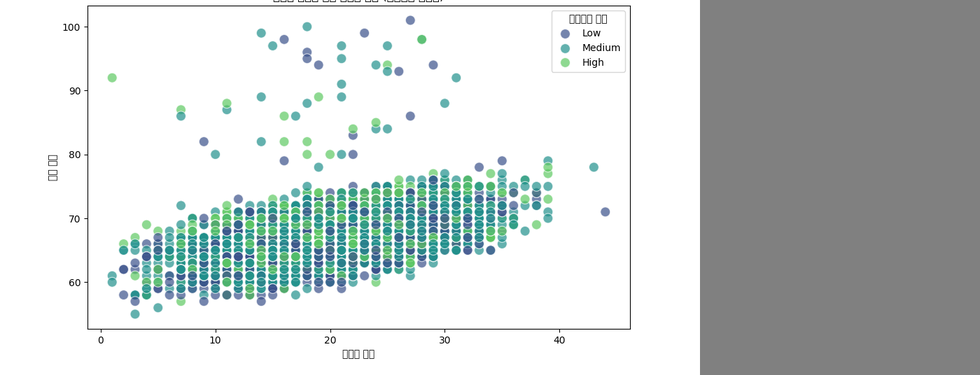
Repository: dldnwls07/BigDataStudy
Script's output: python analyze_data.py
These files come from the project's save history. The script's output is drawn as it stood at one moment and after the next save; the edit follows.
The pictures show rows 3484 to 5244 of an output 4020 px tall, at 70% of full size.
Each picture stacks the figures in order, with grey between them; figures that are only written to a file come last. The script is stopped after its 8th figure. Random numbers start from a fixed seed.

Above is the script's output before, as saved 2025-04-25 10:37:42.

### analyze_data.py
import pandas as pd
import matplotlib.pyplot as plt
import matplotlib as mpl

# 한글 폰트 설정 (Windows의 경우)
mpl.rc('font', family='Malgun Gothic')
plt.rcParams['axes.unicode_minus'] = False  # 마이너스 기호 깨짐 방지

# CSV 파일 로드
file_path = "c:\\Users\\feca1\\Desktop\\공부(빅분)\\StudentPerformanceFactors.csv"
data = pd.read_csv(file_path)

# 영어 컬럼명을 한글로 변경하기 위한 딕셔너리
column_mapping = {
    'Hours_Studied': '공부한 시간',
    'Attendance': '학교 출석',
    'Parental_Involvement': '부모의 참여도',
    'Access_to_Resources': '학습 자원에 대한 접근성',
    'Extracurricular_Activities': '방과 후 활동 참여도',
    'Sleep_Hours': '수면 시간',
    'Previous_Scores': '이전 시험 성적',
    'Motivation_Level': '학습의욕 수준',
    'Internet_Access': '인터넷 접근 여부',
    'Tutoring_Sessions': '개인 지도 세션 수',
    'Family_Income': '가정 소득',
    'Teacher_Quality': '교사의 수준',
    'School_Type': '학교 종류',
    'Peer_Influence': '또래의 영향',
    'Physical_Activity': '신체 활동 수준',
    'Learning_Disabilities': '학습 장애 여부',
    'Parental_Education_Level': '부모의 교육 수준',
    'Distance_from_Home': '집에서 학교까지의 거리',
    'Gender': '성별',
    'Exam_Score': '시험 점수'
}

# 원본 데이터 백업
data_original = data.copy()

# 데이터 컬럼명 변경
data = data.rename(columns=column_mapping)

# 데이터의 기본 정보와 첫 몇 줄 출력
print("데이터 기본 정보:")
print(data.info())
print("\n데이터 첫 5줄:")
print(data.head())

# 통계 요약
print("\n통계 요약:")
print(data.describe())

# 결측값 확인
print("\n결측값 확인:")
print(data.isnull().sum())

# 문자열 변수를 숫자로 매핑하는 딕셔너리 정의
motivation_map = {'Low': 0, 'Medium': 1, 'High': 2}
parental_inv_map = {'Low': 0, 'Medium': 1, 'High': 2}
resources_map = {'Low': 0, 'Medium': 1, 'High': 2}
learning_dis_map = {'Yes': 1, 'No': 0}
internet_access_map = {'Yes': 1, 'No': 0}
extracurricular_map = {'Yes': 1, 'No': 0}
income_map = {'Low': 0, 'Medium': 1, 'High': 2}
teacher_map = {'Low': 0, 'Medium': 1, 'High': 2}
school_map = {'Public': 0, 'Private': 1}
peer_map = {'Negative': -1, 'Neutral': 0, 'Positive': 1}
edu_level_map = {'High School': 0, 'College': 1, 'Postgraduate': 2}
distance_map = {'Near': 0, 'Moderate': 1, 'Far': 2}
gender_map = {'Male': 0, 'Female': 1}

# 데이터 전처리: 범주형 변수를 숫자로 변환
data_encoded = data.copy()
data_encoded['학습의욕 수준'] = data['학습의욕 수준'].map(motivation_map)
data_encoded['부모의 참여도'] = data['부모의 참여도'].map(parental_inv_map)
data_encoded['학습 자원에 대한 접근성'] = data['학습 자원에 대한 접근성'].map(resources_map)
data_encoded['학습 장애 여부'] = data['학습 장애 여부'].map(learning_dis_map)
data_encoded['인터넷 접근 여부'] = data['인터넷 접근 여부'].map(internet_access_map)
data_encoded['방과 후 활동 참여도'] = data['방과 후 활동 참여도'].map(extracurricular_map)
data_encoded['가정 소득'] = data['가정 소득'].map(income_map)
data_encoded['교사의 수준'] = data['교사의 수준'].map(teacher_map)
data_encoded['학교 종류'] = data['학교 종류'].map(school_map)
data_encoded['또래의 영향'] = data['또래의 영향'].map(peer_map)
data_encoded['부모의 교육 수준'] = data['부모의 교육 수준'].map(edu_level_map)
data_encoded['집에서 학교까지의 거리'] = data['집에서 학교까지의 거리'].map(distance_map)
data_encoded['성별'] = data['성별'].map(gender_map)

# 상관관계 분석 수정: 인코딩된 데이터 사용
print("\n수정된 상관관계 분석 (범주형 데이터 인코딩 후):")
print(data_encoded.corr())

# 특정 열의 분포 시각화 (예: 시험 점수)
plt.hist(data['시험 점수'], bins=20, color='blue', alpha=0.7)
plt.title('시험 점수 분포')
plt.xlabel('시험 점수')
plt.ylabel('빈도')
plt.show()

# 공부한 시간과 시험 점수 간의 관계 분석
plt.scatter(data['공부한 시간'], data['시험 점수'], alpha=0.5)
plt.title('공부한 시간과 시험 점수의 관계')
plt.xlabel('공부한 시간')
plt.ylabel('시험 점수')
plt.show()

# 학생의 성적과 스트레스 간의 상관관계 분석
if '스트레스 수준' in data.columns:
    print("\n성적과 스트레스 상관관계:")
    print(data[['시험 점수', '스트레스 수준']].corr())
else:
    print("\n'스트레스 수준' 열이 데이터에 없습니다.")

# 시험 성적과 스트레스 간접 요인 상관 분석 (인코딩된 데이터 사용)
stress_factors = ['수면 시간', '공부한 시간', '학습의욕 수준', '학습 장애 여부']
print("\n시험 성적과 스트레스 간접 요인 상관 분석:")
print(data_encoded[stress_factors + ['시험 점수']].corr())

# 그룹별 비교 (인코딩 전 원본 데이터 사용)
# 동기 수준이 낮을수록 성적이 낮은지 확인
low_motivation = data[data['학습의욕 수준'] == 'Low']
medium_motivation = data[data['학습의욕 수준'] == 'Medium']
high_motivation = data[data['학습의욕 수준'] == 'High']

print("\n동기 수준별 평균 성적:")
print("낮은 동기 그룹 평균 성적:", low_motivation['시험 점수'].mean())
print("중간 동기 그룹 평균 성적:", medium_motivation['시험 점수'].mean())
print("높은 동기 그룹 평균 성적:", high_motivation['시험 점수'].mean())

# 부모 참여도에 따른 성적 비교
low_parental = data[data['부모의 참여도'] == 'Low']
medium_parental = data[data['부모의 참여도'] == 'Medium']
high_parental = data[data['부모의 참여도'] == 'High']

print("\n부모 참여도별 평균 성적:")
print("낮은 부모 참여 그룹 평균 성적:", low_parental['시험 점수'].mean())
print("중간 부모 참여 그룹 평균 성적:", medium_parental['시험 점수'].mean())
print("높은 부모 참여 그룹 평균 성적:", high_parental['시험 점수'].mean())

# 시각화 코드 수정
import seaborn as sns

# 학습의욕 수준별 시험 점수 박스플롯
plt.figure(figsize=(10, 6))
sns.boxplot(x='학습의욕 수준', y='시험 점수', data=data, order=['Low', 'Medium', 'High'])
plt.title('학습의욕 수준별 시험 점수')
plt.xlabel('학습의욕 수준')
plt.ylabel('시험 점수')
plt.savefig('학습의욕_수준별_시험점수_박스플롯.png')
plt.show()

# 수면 시간과 시험 점수 산점도 (색상을 학습의욕 수준으로 구분)
plt.figure(figsize=(10, 6))
for level in ['Low', 'Medium', 'High']:
    subset = data[data['학습의욕 수준'] == level]
    plt.scatter(subset['수면 시간'], subset['시험 점수'],
                alpha=0.7, label=f'학습의욕 수준: {level}')
plt.title('수면 시간과 시험 점수의 관계 (학습의욕 수준별)')
plt.xlabel('수면 시간')
plt.ylabel('시험 점수')
plt.legend()
plt.savefig('수면시간_시험점수_산점도.png')
plt.show()

# 상관 행렬 히트맵 (인코딩된 데이터 사용)
plt.figure(figsize=(14, 12))
corr_matrix = data_encoded.corr()
sns.heatmap(corr_matrix, annot=True, cmap='coolwarm', fmt='.2f', linewidths=0.5)
plt.title('상관 관계 히트맵')
plt.tight_layout()
plt.savefig('상관관계_히트맵.png')
plt.show()

# 공부한 시간과 시험 점수 간의 산점도 (추가 시각화)
plt.figure(figsize=(10, 6))
sns.scatterplot(x='공부한 시간', y='시험 점수', hue='학습의욕 수준',
                data=data, palette='viridis', s=100, alpha=0.7)
plt.title('공부한 시간과 시험 점수의 관계 (학습의욕 수준별)')
plt.xlabel('공부한 시간')
plt.ylabel('시험 점수')
plt.savefig('공부시간_시험점수_학습의욕수준_산점도.png')
plt.show()

# AI 기반 진로 유형 분류 모델 생성
from sklearn.model_selection import train_test_split
from sklearn.ensemble import RandomForestClassifier
from sklearn.metrics import classification_report

if '진로 유형' in data.columns:
    # 데이터 전처리
    features = data[['공부한 시간', '학습의욕 수준', '이전 시험 성적']]  # 주요 특징 선택
    labels = data['진로 유형']
    features = pd.get_dummies(features, drop_first=True)  # 범주형 데이터 인코딩

    # 데이터 분할
    X_train, X_test, y_train, y_test = train_test_split(features, labels, test_size=0.2, random_state=42)

    # 모델 학습
    model = RandomForestClassifier(random_state=42)
    model.fit(X_train, y_train)

    # 예측 및 평가
    y_pred = model.predict(X_test)
    print("\n진로 유형 분류 모델 평가:")
    print(classification_report(y_test, y_pred))
else:
    print("\n'진로 유형' 열이 데이터에 없습니다.")

Loaded but not shown: data/original_data/StudentPerformanceFactors.csv (common file)

After the next save:
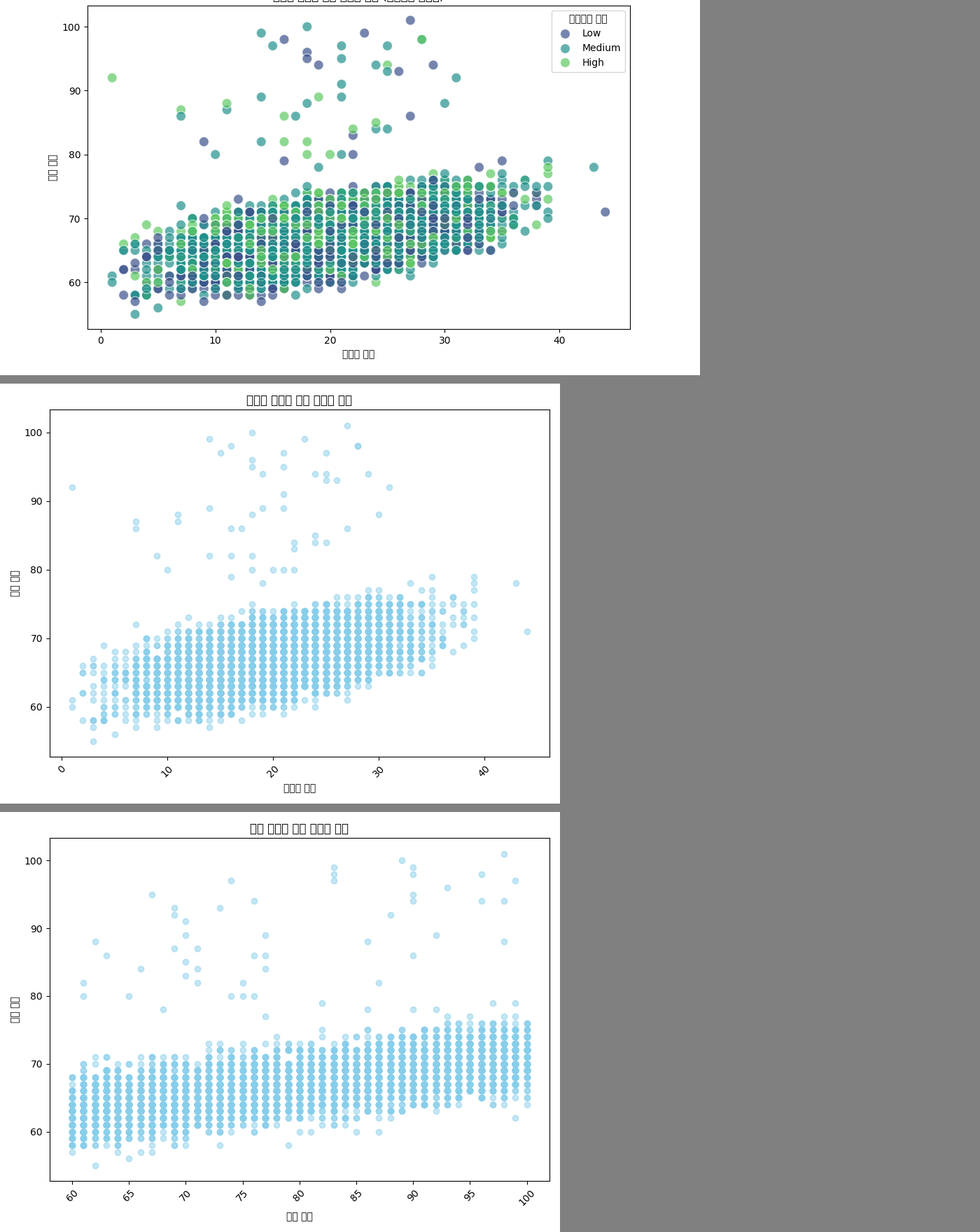
Saved 6 min 18 s later.
--- a/analyze_data.py
+++ b/analyze_data.py
@@ -204,3 +204,26 @@ if '진로 유형' in data.columns:
     print(classification_report(y_test, y_pred))
 else:
     print("\n'진로 유형' 열이 데이터에 없습니다.")
+
+# 컬럼명을 한글로 변경
+data.rename(columns=column_mapping, inplace=True)
+
+# 분석에 사용할 모든 컬럼
+analysis_columns = list(column_mapping.values())
+
+# 각 변수와 시험 점수 간의 관계 시각화
+for column in analysis_columns[:-1]:  # '시험 점수' 제외
+    plt.figure(figsize=(8, 6))
+    if data[column].dtype == 'object':  # 범주형 데이터
+        data.groupby(column)['시험 점수'].mean().plot(kind='bar', color='skyblue')
+        plt.title(f'{column}에 따른 시험 점수 평균')
+        plt.ylabel('시험 점수 평균')
+        plt.xlabel(column)
+    else:  # 연속형 데이터
+        plt.scatter(data[column], data['시험 점수'], alpha=0.5, color='skyblue')
+        plt.title(f'{column}와 시험 점수의 관계')
+        plt.ylabel('시험 점수')
+        plt.xlabel(column)
+    plt.xticks(rotation=45)
+    plt.tight_layout()
+    plt.show()
